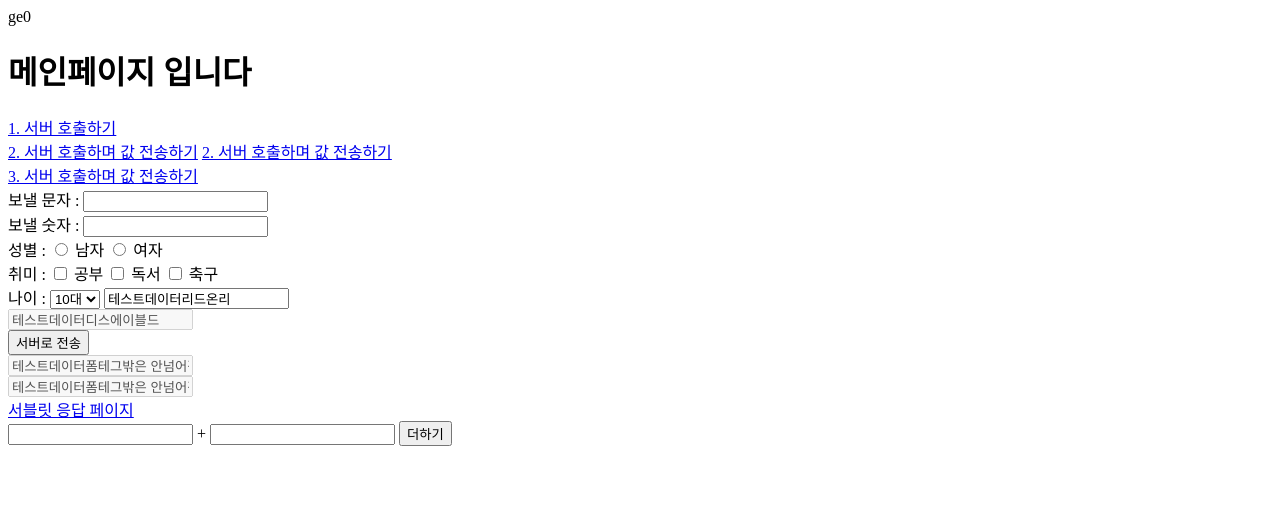
Repository: beescuit9510/toyProjects
Page: web-server-workplace/02_noDbProject/src/main/webapp/index.html
The author's editor kept a copy of each file at every save. The page is drawn from the files as they stood at one save, then again after the next save.
The browser window is 1280 px wide. The pictures show the whole page.

Above is the page before, as saved 2021-09-29 07:46:36.

### web-server-workplace/02_noDbProject/src/main/webapp/index.html
<!DOCTYPE html>ge0
<html>
<head>
<meta charset="UTF-8">
<title>Insert title here</title>
</head>
<body>
	<h1>메인페이지 입니다</h1>
	<a href="/requestServer">1. 서버 호출하기</a><br>
	<a href="/sendData1?test=abc&name=변덕">2. 서버 호출하며 값 전송하기</a>
	<a href="/sendData2?p1=abc&p2=변덕">2. 서버 호출하며 값 전송하기</a><br>
	<a href="/SendData3?age=11&name=변덕">3. 서버 호출하며 값 전송하기</a><br>
	<form action="/SendData3" method="get">
		보낼 문자 : <input type="text" name="str"><br>
		보낼 숫자 : <input type="text" name="num"><br>
		성별 :
		<input type="radio" name="gender" value="남"> 남자
		<input type="radio" name="gender" value="여"> 여자
		<br>
		취미 :
		<input type="checkbox" name="hobby" value="study"> 공부
		<input type="checkbox" name="hobby" value="reading"> 독서
		<input type="checkbox" name="hobby" value="soccer">  축구
		<br>
		나이 :
		<select name="age">
			<option value="10">10대<option>
			<option value="20">20대<option>
			<option value="30">30대<option>
			<option value="40">40대<option>
		</select>
		<input type="hidden" name="hiddenData" value="숨겨진데이터">
		<input type="text" name="input1" value="테스트데이터리드온리" readonly><br>
		<input type="text" name="input2" value="테스트데이터디스에이블드" disabled><br>


		<input type="submit" value="서버로 전송">

	</form>
		<input type="text" name="input3" value="테스트데이터폼테그밖은 안넘어감" disabled><br>
		<input type="text" name="input3" value="테스트데이터폼테그밖은 안넘어감" disabled><br>

	<a href="responseTest">서블릿 응답 페이지</a>

	<form action="/plus" method="get">
		<input type="text" name="num1">
		+
		<input type="text" name="num2">
		<input type="submit" name="더하기" value="더하기">
	</form>
</body>
</html>

After the next save:
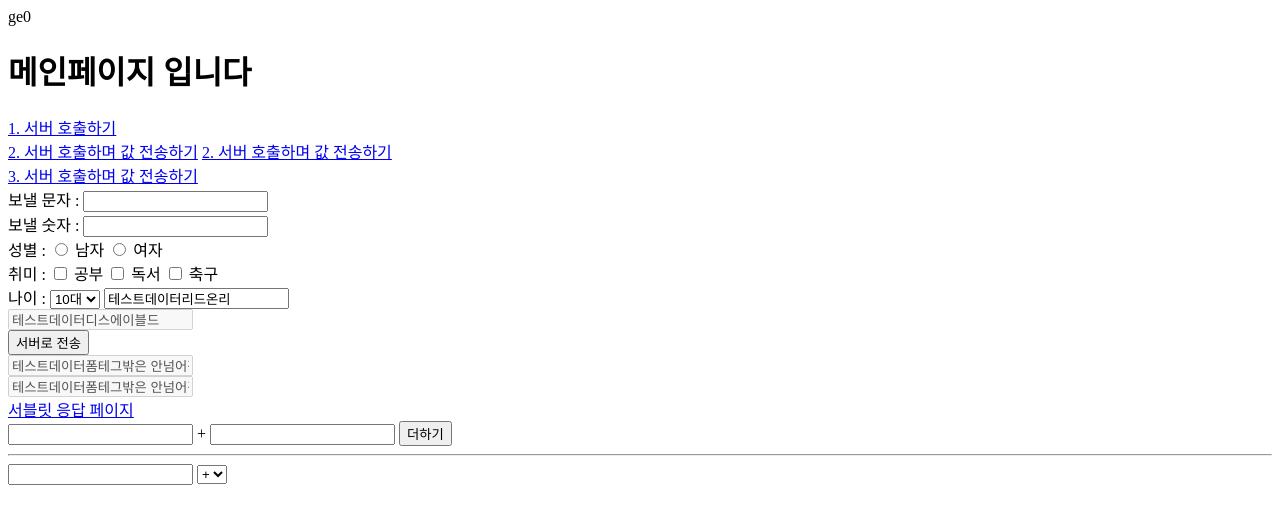
Saved 4 min 49 s later.
--- a/web-server-workplace/02_noDbProject/src/main/webapp/index.html
+++ b/web-server-workplace/02_noDbProject/src/main/webapp/index.html
@@ -46,7 +46,17 @@
 		<input type="text" name="num1">
 		+
 		<input type="text" name="num2">
-		<input type="submit" name="더하기" value="더하기">
+		<input type="submit" value="더하기">
+	</form>
+	<hr>
+	<form action="/calc" method="get">
+		<input type="text" name="su1">
+		<select name=oper>
+			<option value="+">+</option>
+			<option value="-">-</option>
+			<option value="*">*</option>
+			<option value="/">/</option>
+		</select>
 	</form>
 </body>
 </html>
